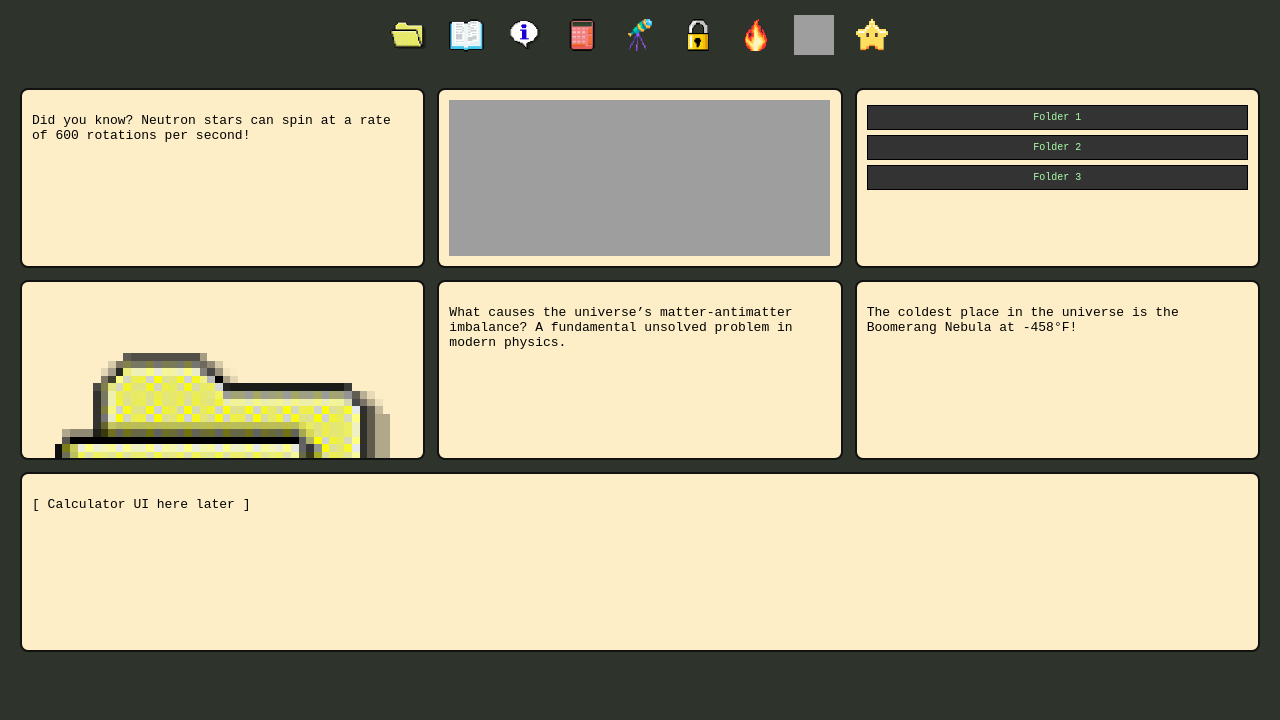
Repository: scarfer14/CCPHYS2L_Project
Page: /dashboard
These files come from the project's save history. The page is drawn as it stood at one moment and after the next save; the edit follows.
The browser window is 1280 px wide. The pictures show the whole page.
Pictures or frames that could not be fetched are drawn as grey boxes. The project was rebuilt for these pictures with package versions that can differ from the ones it lists, and the page was loaded fresh each time. Also part of the build but not shown: vite.config.js, src/astartsc/start.jsx.

Above is the page before, as saved 2025-05-28 21:54:45.

### index.html
<!doctype html>
<html lang="en">
  <head>
    <meta charset="UTF-8" />
    <link rel="icon" type="image/svg+xml" href="/gal.png" />
    <meta name="viewport" content="width=device-width, initial-scale=1.0" />
    <title>Physics Blast</title>
  </head>
  <body>
    <div id="root"></div>
    <script type="module" src="/src/main.jsx"></script>
  </body>
</html>

### src/index.css
:root {
  font-family: 'Press Start 2P', monospace;
  background-color: #2e342b;
  margin: 0;
  padding: 0;
  box-sizing: border-box;
}

body, html {
  margin: 0;
  padding: 0;
  width: 100%;
  height: 100%;
}

### src/App.jsx
import React from 'react';
import { BrowserRouter as Router, Routes, Route } from 'react-router-dom';

import Start from './astartsc/start';
import Dash from './bdashsc/dashnavbar';
import Dashbody from './bdashsc/dashbody';

function Unlock() {
  return (
    <div>
      <Start />
    </div>
  );
}

function Dashboard() {
  return (
    <div>
      <Dash />
      <Dashbody />
    </div>
  );
}

function App() {
  return (
    <Router>
      <Routes>
        <Route path="/" element={<Unlock />} />
        <Route path="/unlock" element={<Unlock />} />
        <Route path="/dashboard" element={<Dashboard />} />
      </Routes>
    </Router>
  );
}

export default App;

### src/bdashsc/dashnavbar.jsx
import React from 'react';
import { useNavigate } from 'react-router-dom';
import './dashnavbar.css';

const icons = [
  'folder', 'book', 'email', 'calc', 'cat',
  'lock', 'fire', 'info', 'star'
];

export default function DashNavbar() {
  return (
    <div className="dash-navbar">
      {icons.map((icon, index) => (
        <button key={index} className="icon-button" title={icon}>
          <img src={`/assets/icons/${icon}.png`} alt={icon} />
        </button>
      ))}
    </div>
  );
}

### src/bdashsc/dashbody.jsx
import React from 'react';
import './dashbody.css';

export default function DashBody() {
  return (
    <div className="dashboard-content">
      <div className="tab fun-fact">
        <p>Did you know? Neutron stars can spin at a rate of 600 rotations per second!</p>
      </div>

      <div className="tab multimedia">
        <iframe
          src="https://www.youtube.com/embed/pSHVbLPWA28"
          title="Physics Video"
          allowFullScreen
        ></iframe>
      </div>

      <div className="tab folders">
        <button>Folder 1</button>
        <button>Folder 2</button>
        <button>Folder 3</button>
      </div>

      <div className="tab image">
        <img src="/assets/icons/folder.png" alt="Sample" />
      </div>

      <div className="tab physics-problem">
        <p>
          What causes the universe’s matter-antimatter imbalance? A fundamental unsolved problem in modern physics.
        </p>
      </div>

      <div className="tab fun-fact-2">
        <p>The coldest place in the universe is the Boomerang Nebula at -458°F!</p>
      </div>

      <div className="tab calculator">
        <p>[ Calculator UI here later ]</p>
      </div>
    </div>
  );
}

### src/astartsc/start.css
/* Import pixel font */
@import url('https://fonts.googleapis.com/css2?family=Press+Start+2P&display=swap');

body {
  margin: 0;
  background: #2e342b;
  font-family: 'Press Start 2P', monospace;
}

/* Fullscreen CRT screen */
.screen {
  width: 100vw;
  height: 100vh;
  background-color: #2e342b;
  padding: 40px; /* simulates the border spacing */
  display: flex;
  flex-direction: column;
  align-items: center;
  justify-content: center;
  box-shadow:
    0 0 60px 20px rgba(0, 0, 0, 0.6),         /* outer soft black glow */
    inset 0 0 200px rgba(0, 0, 0, 0.9),       /* deep vignette */
    inset 0 0 80px rgba(0, 0, 0, 0.7);        /* soft black inner edge */
  position: relative;
  text-align: center;
  box-sizing: border-box;
  overflow: hidden;
  border-radius: 12px; /* Optional CRT curve */
}

/* Text styling */
.welcome {
  color: #99ff99;
  margin-bottom: 10px;
  font-size: 20px;
  margin-bottom: 25px;
}

.title {
  color: #99ff99;
  font-size: 80px;
  line-height: 1.2;
  margin-bottom: 20px;
}

/* Retro button */
.unlock-btn {
  font-size: 15px;
  background-color: transparent;
  color: #aaffaa;
  border: 1px solid #aaffaa;
  padding: 6px 12px;
  cursor: pointer;
  margin-top: 100px;
  animation: blink 1s infinite alternate;
  font-family: 'Press Start 2P', monospace;
}

.unlock-btn:hover {
  background-color: #333;
}

@keyframes blink {
  from { opacity: 5; }
  to { opacity: 0.4; }
}

### src/bdashsc/dashnavbar.css
.dash-navbar {
  background-color: #2e342b;
  padding: 6px 10px;
  display: flex;
  justify-content: center; /* Centers the icons horizontally */
  gap: 10px;
  align-items: center;
}

.icon-button {
  background: transparent;
  border: transparent;
  padding: 4px;
  cursor: pointer;
  transition: transform 0.1s ease-in-out;
}

.icon-button:hover {
  transform: scale(1.1);
  filter: brightness(1.3);
}

.icon-button img {
  margin-top: 5px;
  width: 40px;
  height: 40px;
  image-rendering: pixelated; /* keeps pixel art look */
}

### src/bdashsc/dashbody.css
.dashboard-content {
  display: flex;
  flex-wrap: wrap;
  justify-content: center;
  padding: 20px;
  gap: 12px;

}

.tab {
  background-color: #fdeec7;
  border: 2px solid #111;
  color: #000000;
  font-family: monospace;
  padding: 10px;
  flex: 1 1 28%;
  min-width: 250px;
  height: 180px;
  overflow: auto;
  border-radius: 8px;
  box-sizing: border-box;
}

/* Tab-specific styles */
.multimedia iframe {
  width: 100%;
  height: 100%;
  border: none;
}

.folders button {
  display: block;
  margin: 5px 0;
  width: 100%;
  background: #333;
  border: 1px solid #000000;
  color: #aaffaa;
  padding: 6px;
  font-size: 10px;
  cursor: pointer;
  font-family: monospace;
}

.image img {
  width: 100%;
  height: auto;
  image-rendering: pixelated;
}

Loaded but not shown: src/main.jsx (common file)

After the next save:
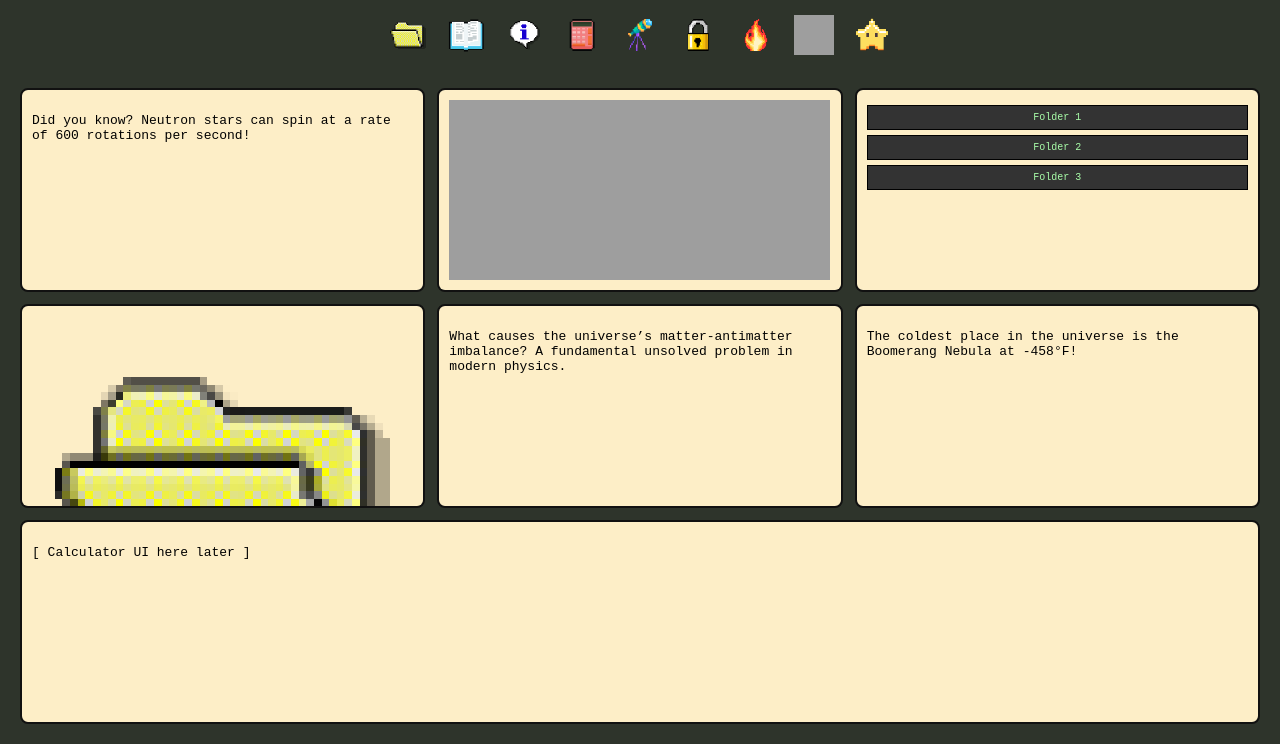
Saved 12 s later.
--- a/src/bdashsc/dashbody.css
+++ b/src/bdashsc/dashbody.css
@@ -18,7 +18,7 @@
   height: 180px;
   overflow: auto;
   border-radius: 8px;
-  box-sizing: border-box;
+
 }
 
 /* Tab-specific styles */

After the save that followed:
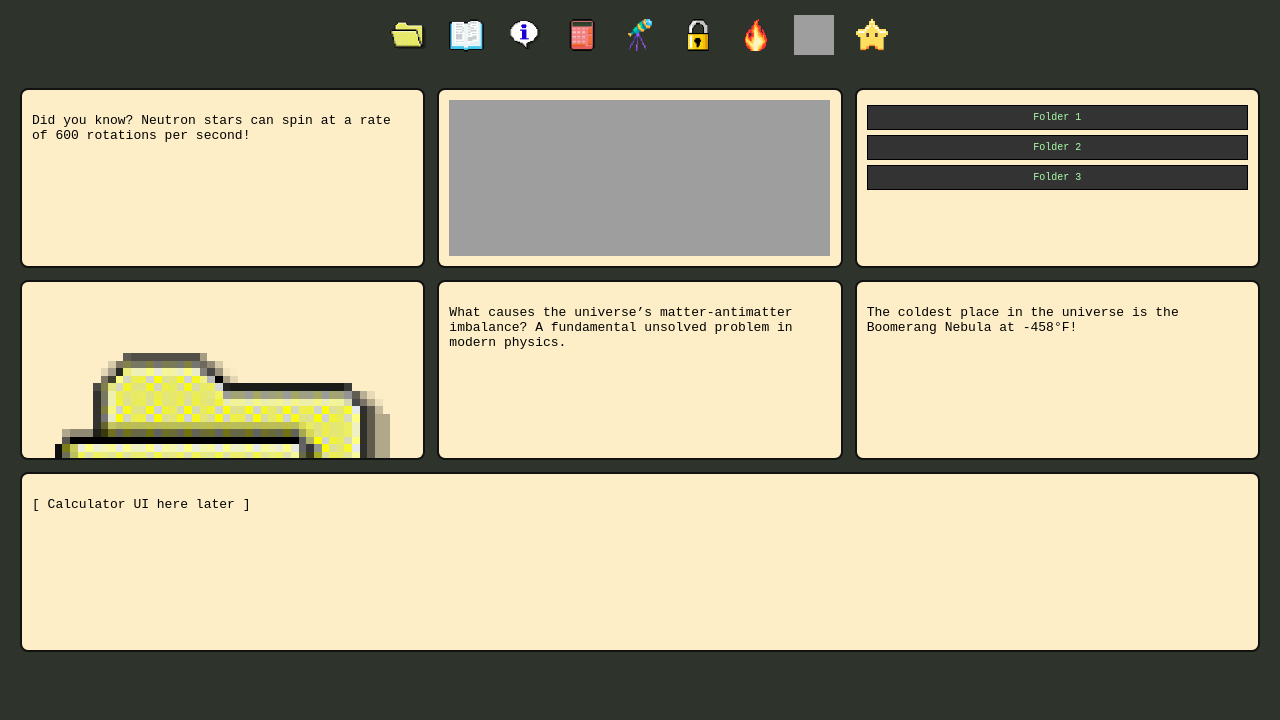
Saved 12 s later.
--- a/src/bdashsc/dashbody.css
+++ b/src/bdashsc/dashbody.css
@@ -18,7 +18,7 @@
   height: 180px;
   overflow: auto;
   border-radius: 8px;
-
+  box-sizing: border-box;
 }
 
 /* Tab-specific styles */
